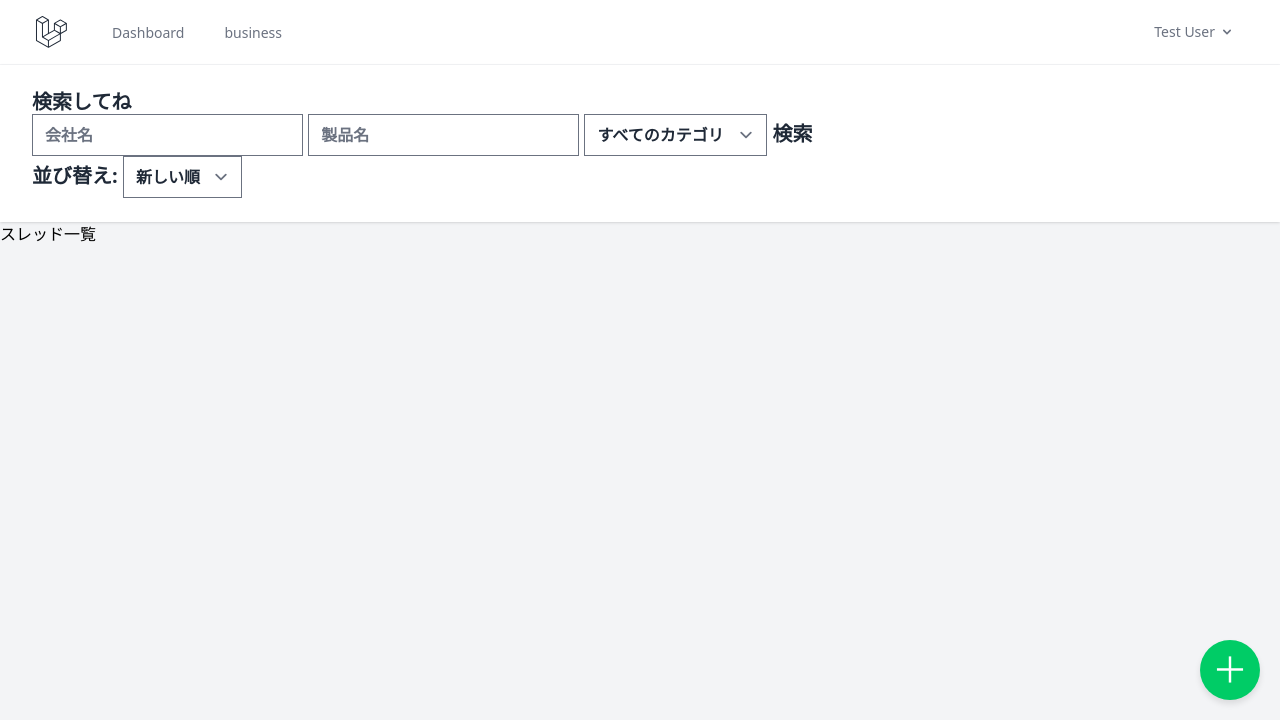
Repository: kyoko-shiraishi/Reproduce
Page: http://localhost/home
The author's editor kept a copy of each file at every save. The page is drawn from the files as they stood at one save, then again after the next save.
The browser window is 1280 px wide. The pictures show the whole page.
Some web libraries are served in a nearby version. The page is served by the project's Laravel application, run on PHP 8.4 with Laravel 12. A made-up administrator, Test User (test@example.com), is signed in. Other server files are loaded and not shown. Style sheets and scripts are compiled from the project's sources, by tool versions that may differ from the author's. Queries for data that is not in the repository find no rows.

Above is the page before, as saved 2024-10-20 19:59:21.

### app/Providers/AppServiceProvider.php
<?php
namespace App\Providers;

use Illuminate\Support\ServiceProvider;
use Illuminate\Support\Facades\View;
use App\Models\Category; // Categoryモデルをインポート

class AppServiceProvider extends ServiceProvider
{
    public function boot()
    {
        // \URL::forceScheme('https');
        // すべてのビューにカテゴリを渡す
        View::composer('*', function ($view) {
            $categories = Category::all();
            $view->with('categories', $categories);
        });
    }

    public function register()
    {
        //
    }
}

### routes/web.php
<?php

use App\Http\Controllers\ProfileController;
use Illuminate\Support\Facades\Route;
use App\Http\Controllers\PleaseController;
use App\Http\Controllers\Auth\AuthenticatedSessionController;
use App\Http\Controllers\SearchController;
use App\Http\Controllers\PostController;
use App\Http\Controllers\NewController;
use App\Http\Controllers\LikeController;

// ララベルトップルート
Route::get('/', function () {
    return view('welcome');
});

// トップページ
Route::get('/index', [PleaseController::class, 'index'])->name('index');

// ログインページのルート
Route::get('/login', [AuthenticatedSessionController::class, 'create'])->name('login');

// ログイン処理のルート
Route::post('/login', [AuthenticatedSessionController::class, 'store']);

// 登録ページのルート
Route::get('/register', [RegisteredUserController::class, 'create'])->name('register');

// 登録処理のルート
Route::post('/register', [RegisteredUserController::class, 'store']);

// ダッシュボードのルート
Route::get('/dashboard', function () {
    return view('dashboard');
})->middleware(['auth', 'verified'])->name('dashboard');




// 認証が必要なルート
Route::middleware('auth')->group(function () {
    Route::get('/profile', [ProfileController::class, 'edit'])->name('profile.edit');
    Route::patch('/profile', [ProfileController::class, 'update'])->name('profile.update');
    Route::delete('/profile', [ProfileController::class, 'destroy'])->name('profile.destroy');
});
// ホームページのルート
Route::get('/home',[PleaseController::class,'home'])->name('home');



require __DIR__.'/auth.php';

Route::get('/business',[PleaseController::class,'business'])->name('business');
Route::get('/infomation',[PleaseController::class,'infomation'])->name('infomation');
Route::get('/logo',[PleaseController::class,'logo'])->name('logo');

Route::get('/search',[SearchController::class,'search'])->name('search.results');
Route::get('/post/{id}',[PostController::class,'post'])->name('post');
Route::get('/new_thread_create',[PleaseController::class,'new_thread_create'])->name('new_thread_create');


Route::post('/thread_store',[NewController::class,'thread_store'])->name('thread_store');
Route::get('/new_post_create/{id}', [NewController::class, 'new_post_create'])->name('new_post_create');

Route::post('/post_store/{threadId}', [NewController::class, 'post_store'])->name('post_store');
Route::get('/delete',[PleaseController::class,'delete_show'])->name('delete_show');
Route::post('/delete_selected',[PleaseController::class,'delete_selected'])->name('delete_selected');

Route::post('/thread/like', [LikeController::class, 'likeThread']);

### app/Models/User.php
<?php

namespace App\Models;

// use Illuminate\Contracts\Auth\MustVerifyEmail;
use Illuminate\Database\Eloquent\Factories\HasFactory;
use Illuminate\Foundation\Auth\User as Authenticatable;
use Illuminate\Notifications\Notifiable;

class User extends Authenticatable
{
    use HasFactory, Notifiable;

    /**
     * The attributes that are mass assignable.
     *
     * @var array<int, string>
     */
    protected $fillable = [
        'name',
        'email',
        'password',
        'prefecture',
        'age',
        'gender',
    ];

    /**
     * The attributes that should be hidden for serialization.
     *
     * @var array<int, string>
     */
    protected $hidden = [
        'password',
        'remember_token',
    ];

    /**
     * Get the attributes that should be cast.
     *
     * @return array<string, string>
     */
    protected function casts(): array
    {
        return [
            'email_verified_at' => 'datetime',
            'password' => 'hashed',
        ];
    }
    public function prefecture(){
return $this->belongsTo(prefecture::class,'prefectures_id');
    }
    public function threads(){
        return $this->hasMany(Thread::class);
    }
    public function posts(){
        return $this->hasMany(Post::class);
    }
    public function thread_likes(){
        return $this->hasMany(ThreadLike::class);
    }
    public function post_likes(){
        return $this->hasMany(PostLike::class);
    }
}

### app/Http/Controllers/PleaseController.php
<?php

namespace App\Http\Controllers;

use Illuminate\Http\Request;
use App\Models\Thread;
use Illuminate\Support\Facades\Auth;
use App\Models\Post;
use App\Models\ThreadLike;

use App\Models\Category;


class PleaseController extends Controller
{
    public function index()
    {
        return view('please.index');
    }

    public function post(Request $request)
    {
        $validate_rule = [
            'mail' => 'email',
            'password' => 'required',
        ];
        $this->validate($request, $validate_rule);
        return view('home.index', ['msg' => 'ログインしました']);
    }





        // paginate→全件総計算
        // simplePaginate→総計算なし。前へと次へのみ。
        // どちらもget()みたいなもん

        public function home(Request $request)
        {
            $sort = $request->input('sort', 'new'); // デフォルトは「新しい順」
            // スレッドを取得
            // withCount はリレーションの名前を入れる→リレーション先のレコード数をカウントしてくれる
            $all_threads = Thread::withCount('thread_likes')
                ->when($sort === 'new', function ($query) {
                    return $query->orderBy('created_at', 'desc'); // 新しい順
                })
                ->when($sort === 'old', function ($query) {
                    return $query->orderBy('created_at', 'asc'); // 古い順
                })
                ->when($sort === 'popular', function ($query) {
                    return $query->orderBy('thread_likes_count', 'desc'); // いいねが多い順
                })
                ->paginate(5);

            return view('please.home', compact('all_threads', 'sort'));


    }


    public function business(){
        return view('please.business');
    }
    public function infomation(){
        return view('please.infomation');
    }

    public function new_thread_create(){
        $categories = Category::all();
        return view('please.new_thread_create', compact('categories'));
    }

    public function new_post_create(){
        return view('please.new_post_create');
    }

    public function delete_show(){
        $threads_you_created=Thread::where('user_id', Auth::id())->get();
        $posts_you_created = Post::where('user_id', Auth::id())->get();
        return view('please.delete',compact('threads_you_created','posts_you_created'));
    }
    public function delete_selected(Request $request)
{
    // スレッドを削除
    if ($request->has('threads')) {
        Thread::destroy($request->input('threads'));
    }

    // ポストを削除
    if ($request->has('posts')) {
        Post::destroy($request->input('posts'));
    }

    return redirect()->back()->with('status', '選択したスレッドとポストが削除されました。');

}


}

### app/Models/Thread.php
<?php

namespace App\Models;

use Illuminate\Database\Eloquent\Factories\HasFactory;
use Illuminate\Database\Eloquent\Model;

class Thread extends Model
{
    use HasFactory;
    protected $fillable=['content','product_id', 'company_id','user_id','image',];
    public function company(){
        return $this->belongsTo(Company::class);
    }
    public function product(){
        return $this->belongsTo(Product::class);
    }
    public function user(){
        return $this->belongsTo(User::class);
    }
    public function posts(){
        return $this->hasMany(Post::class);
    }
    public function thread_likes(){
        return $this->hasMany(ThreadLike::class);
    }
    public function isLikedByAuthUser() :bool
    {
        //認証済ユーザーid（自身のid）を取得
        $authUserId = \Auth::id();
        //空の配列を定義。後続の処理で、いいねしたユーザーのidを全て格納していくときに使う。
        $likersArr = array();

        //$thisは言葉の似た通り、クラス自身を指す。具体的にはこのPostクラスをインスタンス化した際の変数のことを指す。（後続のビューで登場する$postになります）
        foreach($this->thread_likes as $threadLike){
            //array_pushメソッドで第一引数に配列、第二引数に配列に格納するデータを定義し、配列を作成できる。
            //今回は$likersArrという空の配列にいいねをした全てのユーザーのidを格納している。
            array_push($likersArr,$threadLike->user_id);

        }
        //in_arrayメソッドを利用し、認証済ユーザーid（自身のid）が上記で作成した配列の中に存在するかどうか判定している
        if (in_array($authUserId,$likersArr)){
            //存在したらいいねをしていることになるため、trueを返す
            return true;
        }else{
            return false;
        }
    }

}

### app/Models/ThreadLike.php
<?php

namespace App\Models;

use Illuminate\Database\Eloquent\Factories\HasFactory;
use Illuminate\Database\Eloquent\Model;

class ThreadLike extends Model
{
    use HasFactory;
    protected $fillable=['count'];
    public function thread(){
        return $this->belongsTo(Thread::class);
    }
    public function user(){
        return $this->belongsTo(User::class);
    }
}

### app/Models/Category.php
<?php

namespace App\Models;

use Illuminate\Database\Eloquent\Factories\HasFactory;
use Illuminate\Database\Eloquent\Model;

class Category extends Model
{
    use HasFactory;

    // 保存するデータ
    protected $fillable = ['name'];


    /**
     * 製品とのリレーション
     */
    public function products()
    {
        return $this->hasMany(Product::class, 'category_id');
        // 'category_id' は、Product テーブル内の外部キーのカラム名です。このカラムは、どの Category に属しているかを示します
    }
}

### resources/views/please/home.blade.php
<x-app-layout>
    <x-slot name="header">
        @vite(['resources/css/app.css', 'resources/js/app.js'])
        <h2 class="font-semibold text-xl text-gray-800 leading-tight">
            <p>検索してね</p>
            <form action="{{ route('search.results') }}" method="GET">
                @csrf
                <input type="text" id="company_name" name="company_name" value="{{ old('company_name') }}" placeholder="会社名">
                <input type="text" name="product_name" value="{{ old('product_name') }}" placeholder="製品名">
                <input type="hidden" id="Kanacompany_name" name="Kanacompany_name">
                <select name="category_id">
                    <option value="">すべてのカテゴリ</option>
                    @foreach ($categories as $category)
                        <option value="{{ $category->id }}">{{ $category->name }}</option>
                    @endforeach
                </select>

                <input type="submit" value="検索">

                <div class="sorting-dropdown">
                    <label for="sort">並び替え:</label>
                    <select id="sort" name="sort" onchange="location = this.value;">
                        <option value="{{ route('home', ['sort' => 'new']) }}" {{ $sort === 'new' ? 'selected' : '' }}>新しい順</option>
                        <option value="{{ route('home', ['sort' => 'old']) }}" {{ $sort === 'old' ? 'selected' : '' }}>古い順</option>
                        <option value="{{ route('home', ['sort' => 'popular']) }}" {{ $sort === 'popular' ? 'selected' : '' }}>人気順</option>
                    </select>
                </div>
            </form>
        </h2>
    </x-slot>

    <h2>スレッド一覧</h2>
    <div class="each">
        <ul>
            @foreach ($all_threads as $thread)
            <div class="border-4 border-blue-400 rounded-lg p-4 shadow-md flex items-start">
                <li>
                    <a href="{{ route('post', ['id' => $thread->id]) }}">
                        <strong>ユーザー:</strong> {{ $thread->user->name }}<br>
                        <strong>会社名:</strong> {{ $thread->company->name }}<br>
                        <strong>製品名:</strong> {{ $thread->product->name }}<br>
                        <strong>カテゴリ:</strong> {{ $thread->product->category->name ?? '不明' }}<br>
                        <strong>内容:</strong> {{ $thread->content }}<br>
                        <strong>作成日:</strong> {{ $thread->created_at }}<br>
                        <strong>コメント数: {{ $thread->posts->count() }}</strong>
                        <div>
                            <img src="{{ $thread->image }}" class="responsive-img">
                        </div>
                    </a>

                    @if($thread->isLikedByAuthUser())
                        <div class="flexbox">
                            <i class="fa-regular fa-heart like-btn liked" id="{{ $thread->id }}"></i>
                            <p class="count-num">{{ $thread->thread_likes->count() }}</p>
                        </div>
                    @else
                        <div class="flexbox">
                            <i class="fa-regular fa-heart like-btn" id="{{ $thread->id }}"></i>
                            <p class="count-num">{{ $thread->thread_likes->count() }}</p>
                        </div>
                    @endif
                </li>
            </div>
            <hr>
            @endforeach
        </ul>
    </div>
    <script src="https://unpkg.com/wanakana"></script>

    <script>
        document.getElementById('company_name').addEventListener('input', function() {
            const companyName = this.value;
            const KanaCompanyName = wanakana.toKatakana(companyName);
            document.getElementById('Kanacompany_name').value = KanaCompanyName; // 隠しフィールドに設定
            console.log(KanaCompanyName); // デバッグ用

        });
    </script>

<script>
        // いいねボタンのhtml要素を取得
        const likeBtns = document.querySelectorAll('.like-btn');
        likeBtns.forEach(likeBtn => {
            likeBtn.addEventListener('click', async (e) => {
                const clickedEl = e.target;
                clickedEl.classList.toggle('liked');
                const threadId = clickedEl.id;

                const res = await fetch('/thread/like', {
                    method: 'POST',
                    headers: {
                        'Content-Type': 'application/json',
                        'X-CSRF-TOKEN': document.querySelector('meta[name="csrf-token"]').getAttribute('content')
                    },
                    body: JSON.stringify({ thread_id: threadId })
                })
                .then(res => res.json())
                .then(data => {
                    clickedEl.nextElementSibling.innerHTML = data.likesCount;
                })
                .catch(() => alert('処理が失敗しました。画面を再読み込みし、通信環境の良い場所で再度お試しください。'));
            });
        });
</script>

@include('please.new_thread')
    <div class="flex justify-center">
        {{ $all_threads->links() }}
    </div>
</x-app-layout>

### resources/views/please/new_thread.blade.php
<!-- please/create.blade.php -->
<a href="{{ route('new_thread_create') }}" class="fixed-button">
    ＋
</a>

<style>
    /* ボタンのスタイル */
    .fixed-button {
        position: fixed; /* 画面に固定 */
        right: 20px; /* 画面右からの距離 */
        bottom: 20px; /* 画面下からの距離 */
        width: 60px; /* ボタンの幅 */
        height: 60px; /* ボタンの高さ */
        background-color: #00CC66; /* ツイッターっぽい青色 */
        color: white; /* テキストの色 */
        font-size: 36px; /* テキストの大きさ */
        text-align: center; /* テキストを中央に配置 */
        line-height: 60px; /* ボタンの高さと同じにして中央揃え */
        border-radius: 50%; /* 丸くする */
        box-shadow: 0px 4px 6px rgba(0, 0, 0, 0.1); /* 影をつける */
        cursor: pointer; /* ポインターを変更 */
        transition: background-color 0.3s; /* ホバー時のエフェクト */
    }

    /* ホバー時の効果 */
    .fixed-button:hover {
        background-color: #00CC99; /* 少し濃い色に変更 */
    }

</style>

### resources/views/layouts/app.blade.php
<!DOCTYPE html>
<html lang="{{ str_replace('_', '-', app()->getLocale()) }}">
    <head>
        <meta charset="utf-8">
        <meta name="viewport" content="width=device-width, initial-scale=1">
        <meta name="csrf-token" content="{{ csrf_token() }}">
        @vite(['resources/css/app.css', 'resources/js/app.js'])


        <title>{{ config('app.name', 'Laravel') }}</title>

        <!-- Fonts -->

        <!-- Scripts -->
        <script src="https://kit.fontawesome.com/e7550042f0.js" crossorigin="anonymous"></script>

        <style>
        .each {
            width: 100%; /* 幅を100%に設定 */
            margin: 0; /* 左右のマージンを0に設定 */
            padding: 0; /* パディングを0に設定 */
        }

        .each ul {
            list-style-type: none; /* リストスタイルを消去 */
            padding: 0; /* パディングを0に設定 */
            margin: 0; /* マージンを0に設定 */
        }

        .each li {
            /* border: 1px solid #ccc; 各スレッドにボーダーを追加 */
            padding: 0px; /* 内側のパディングを設定 */
            margin-bottom: 10px; /* 各リスト項目の下にマージンを追加 */
            width: 100%; /* 各リスト項目も幅を100%に設定 */
        }
        .liked{
            color:orangered;
            transition:.2s;
        }
        .flexbox{
            align-items: center;
            display: flex;
        }
        .count-num{
            font-size: 20px;
            margin-left: 10px;
        }
        .fa-heart{
            font-size: 30px;
        }
        .responsive-img {
            max-width: 100%; /* 画像の最大幅を親要素に合わせる */
            width: 300px; /* 画像の幅を固定 */
            height: 200px; /* 画像の高さを固定 */
            object-fit: cover; /* 縦横比を維持しつつ、指定したサイズに収まるように調整 */
            border-radius: 8px; /* 角を少し丸くしたい場合 */
        }
    </style>
  <script src="build\assets\wanakana.min.js"></script>
    </head>
    <body class="font-sans antialiased">
        <div class="min-h-screen bg-gray-100">
            @include('layouts.navigation')

            <!-- Page Heading -->
            @isset($header)
                <header class="bg-white shadow">
                    <div class="max-w-7xl mx-auto py-6 px-4 sm:px-6 lg:px-8">
                        {{ $header }}
                    </div>
                </header>
            @endisset

            <!-- Page Content -->
            <main>
                {{ $slot }}
            </main>
        </div>
    </body>
</html>

Loaded but not shown: routes/auth.php (common file); app/Http/Controllers/Auth/EmailVerificationPromptController.php (common file); app/Http/Controllers/Controller.php (common file); app/Http/Controllers/Auth/VerifyEmailController.php (common file); app/View/Components/AppLayout.php (common file); resources/views/components/application-logo.blade.php (common file); resources/views/components/nav-link.blade.php (common file); resources/views/components/dropdown-link.blade.php (common file); resources/views/components/dropdown.blade.php (common file); resources/views/components/responsive-nav-link.blade.php (common file); resources/css/app.css (common file); tailwind.config.js (common file); resources/views/layouts/navigation.blade.php (112 lines, source omitted)

After the next save:
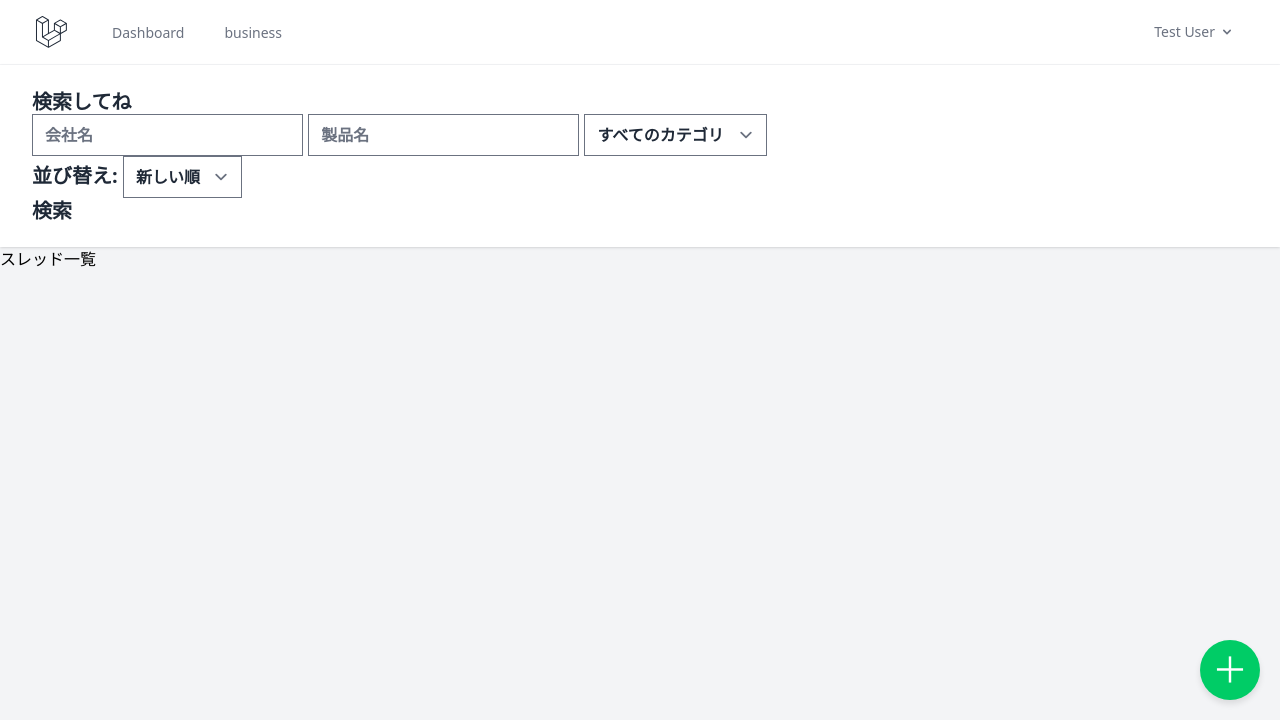
Saved 16 h 11 min later.
--- a/resources/views/please/home.blade.php
+++ b/resources/views/please/home.blade.php
@@ -14,9 +14,6 @@
                         <option value="{{ $category->id }}">{{ $category->name }}</option>
                     @endforeach
                 </select>
-
-                <input type="submit" value="検索">
-
                 <div class="sorting-dropdown">
                     <label for="sort">並び替え:</label>
                     <select id="sort" name="sort" onchange="location = this.value;">
@@ -25,6 +22,9 @@
                         <option value="{{ route('home', ['sort' => 'popular']) }}" {{ $sort === 'popular' ? 'selected' : '' }}>人気順</option>
                     </select>
                 </div>
+                <input type="submit" value="検索">
+
+
             </form>
         </h2>
     </x-slot>

After the save that followed:
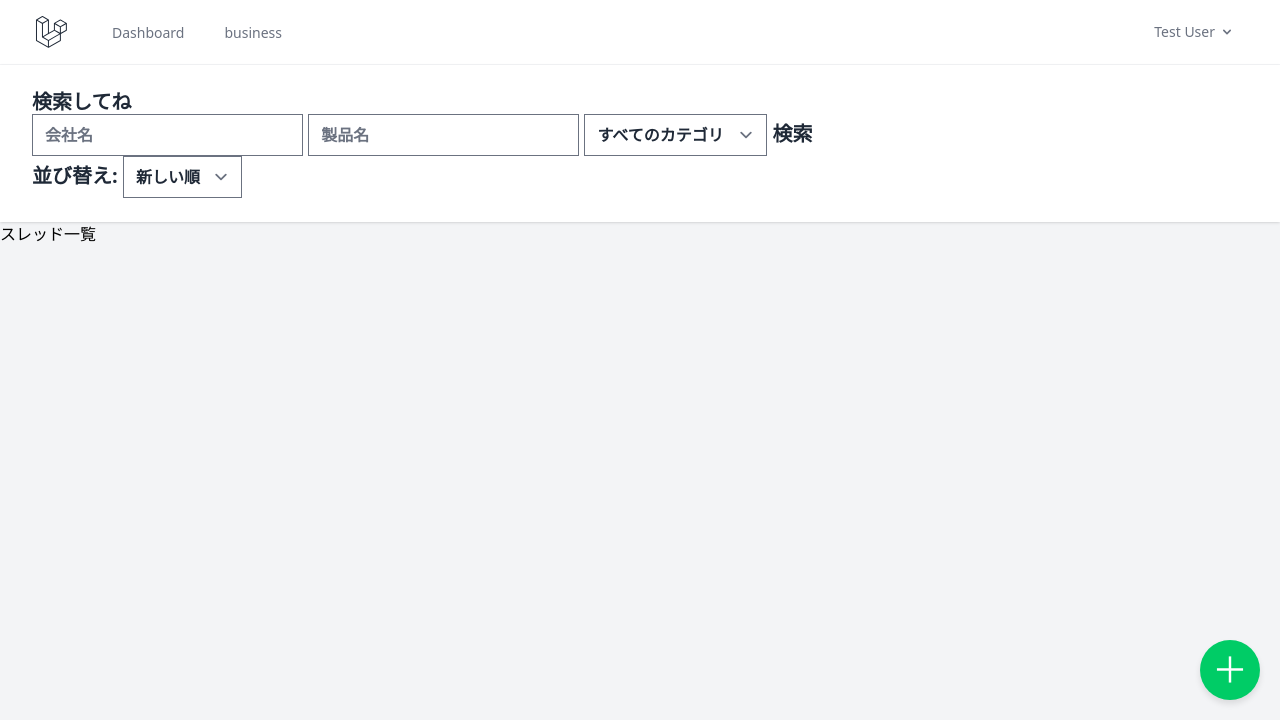
Saved 11 s later.
--- a/resources/views/please/home.blade.php
+++ b/resources/views/please/home.blade.php
@@ -14,6 +14,9 @@
                         <option value="{{ $category->id }}">{{ $category->name }}</option>
                     @endforeach
                 </select>
+
+                <input type="submit" value="検索">
+
                 <div class="sorting-dropdown">
                     <label for="sort">並び替え:</label>
                     <select id="sort" name="sort" onchange="location = this.value;">
@@ -22,9 +25,6 @@
                         <option value="{{ route('home', ['sort' => 'popular']) }}" {{ $sort === 'popular' ? 'selected' : '' }}>人気順</option>
                     </select>
                 </div>
-                <input type="submit" value="検索">
-
-
             </form>
         </h2>
     </x-slot>
